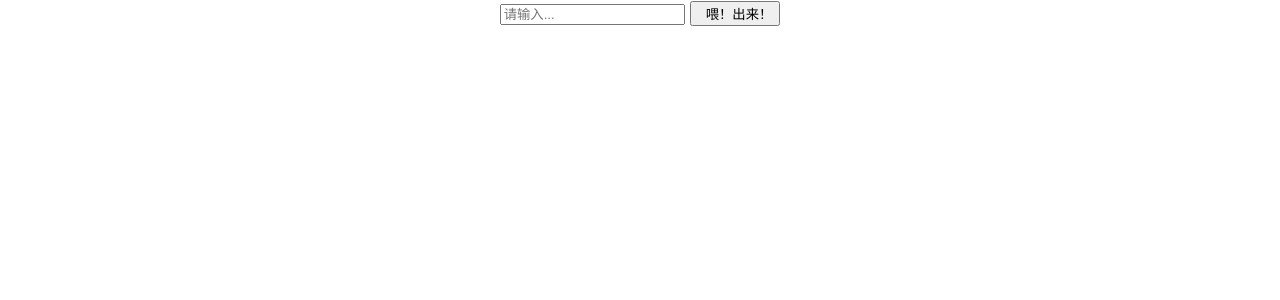
Repository: StarunneR/one-page
Page: index.html
These files come from the project's save history. The page is drawn as it stood at one moment and after the next save; the edit follows.
The browser window is 1280 px wide. The pictures show the whole page.

Above is the page before, as saved 2022-01-08 18:36:37.

After the next save:
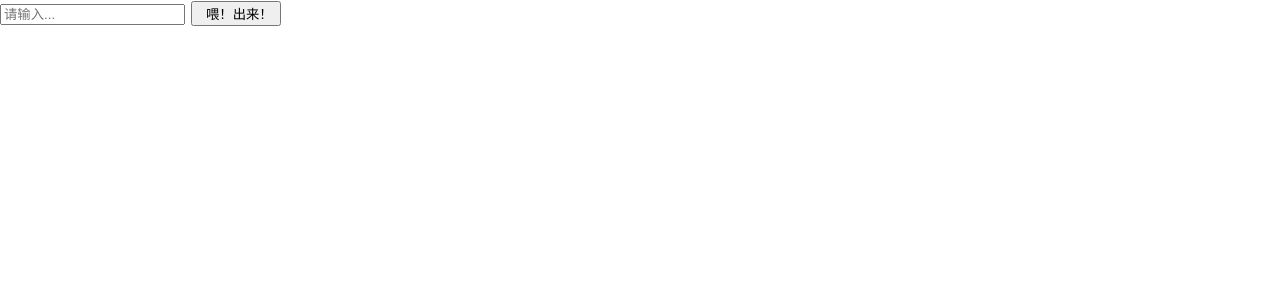
Saved 2 min 11 s later.
--- a/static/css/main.css
+++ b/static/css/main.css
@@ -68,5 +68,6 @@
   }
 }
 .front_page {
+  top: 50%
   text-align: center;
 }

After the save that followed:
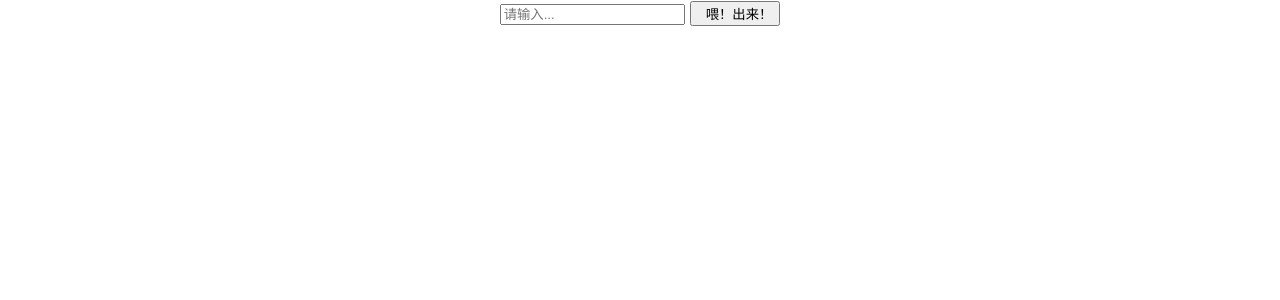
Saved 8 s later.
--- a/static/css/main.css
+++ b/static/css/main.css
@@ -68,6 +68,6 @@
   }
 }
 .front_page {
-  top: 50%
+  top: 50%;
   text-align: center;
 }
